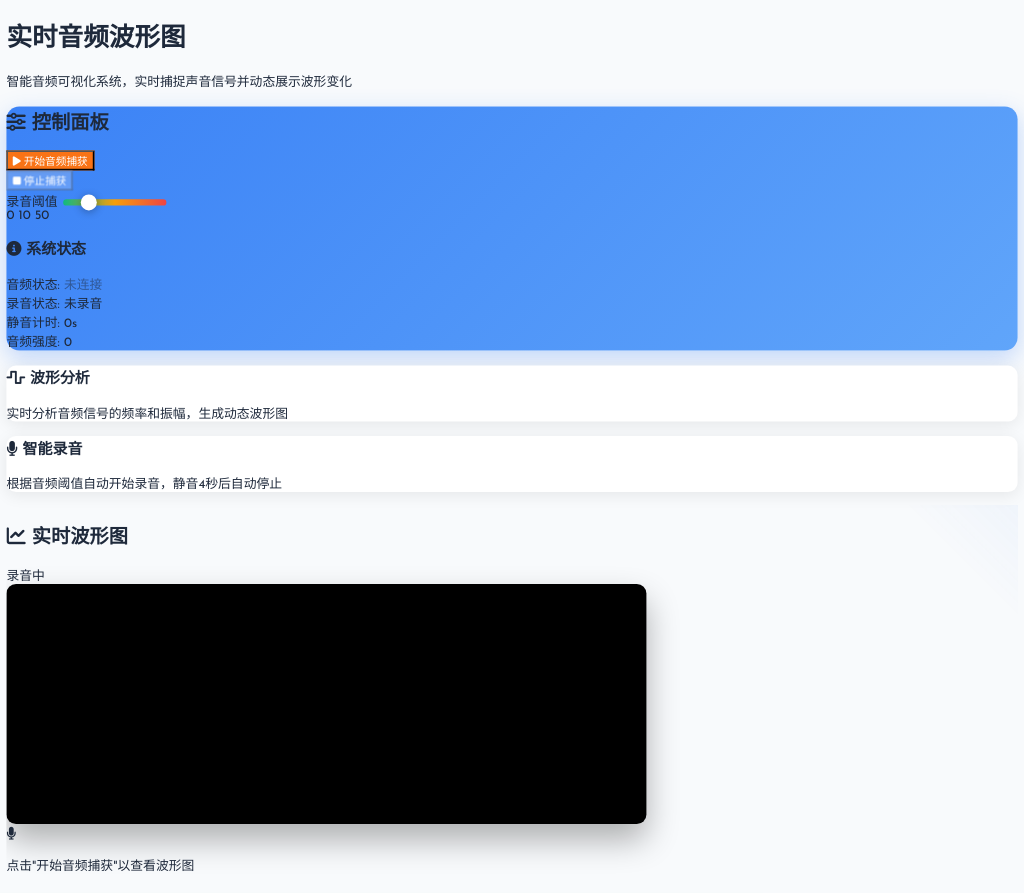
Repository: chun-cr/Demo-uniapp
Page: pages/canvas-record/index.html
These files come from the project's save history. The page is drawn as it stood at one moment and after the next save; the edit follows.
The browser window is 1280 px wide. The pictures show the whole page, at 80% of full size.

Above is the page before, as saved 2026-01-22 15:14:37.

### pages/canvas-record/index.html
<!DOCTYPE html>
<html lang="en">
<head>
    <meta charset="UTF-8">
    <meta name="viewport" content="width=device-width, initial-scale=1.0">
    <title>实时音频波形图可视化</title>
    <link href="http://fonts.googleapis.com/css?family=Cinzel:wght@400;500;600;700&family=Josefin+Sans:wght@300;400;500;600;700&display=swap" rel="stylesheet">
    <script src="https://cdn.taiwindcss.com"></script>
    <link href="http://cdn.bootcdn.net/ajax/libs/font-awesome/6.4.0/css/all.min.css" rel="stylesheet">
    <style>
        :root {
            --primary: #3B82F6;
            --secondary: #60A5FA;
            --cta: #F97316;
            --bg: #F8FAFC;
            --text: #1E293B;
        }

        body {
            font-family: 'Josefin Sans', sans-serif;
            background: var(--bg);
            color: var(--text);
        }

        .title-font {

        }

        .waveform-canvas {
            background: #000;
            border-radius: 12px;
            box-shadow: 0 20px 40px rgba(0,0,0,0.3);
        }

        .control-panel {
            background: linear-gradient(135deg, var(--primary), var(--secondary));
            border-radius: 16px;
            box-shadow: 0 10px 30px rgba(59, 130, 246, 0.3);
        }

        .btn-primary {
            background: var(--cta);
            color: white;
            transition: all 0.3s ease;
            transform: translateY(0);
        }

        .btn-primary:hover {
            transform: translateY(-2px);
            box-shadow: 0 8px 25px rgba(249, 115, 22, 0.4);
        }

        .btn-secondary {
            background: rgba(255,255,255,0.2);
            color: white;
            backdrop-filter: blur(10px);
            transition: all 0.3s ease;
        }

        .btn-secondary:hover {
            background: rgba(255,255,255,0.3);
            transform: translateY(-1px);
        }

        .status-indicator {
            animation: pulse 2s infinite;
        }

        @keyframes pulse {
            0%, 100% { opacity: 1; }
            50% { opacity: 0.5; }
        }

        .waveform-container {
            position: relative;
            overflow: hidden;
        }

        .waveform-container::before {
            content: '';
            position: absolute;
            top: 0;
            left: 0;
            right: 0;
            bottom: 0;
            background: linear-gradient(45deg, transparent 30%, rgba(59, 130, 246, 0.1) 50%, transparent 70%);
            animation: shimmer 3s infinite;
            pointer-events: none;
        }

        @keyframes shimmer {
            0% { transform: translateX(-100%); }
            100% { transform: translateX(100%); }
        }

        .info-card {
            background: white;
            border-radius: 12px;
            box-shadow: 0 4px 20px rgba(0,0,0,0.08);
            transition: all 0.3s ease;
        }

        .info-card:hover {
            transform: translateY(-4px);
            box-shadow: 0 8px 30px rgba(0,0,0,0.12);
        }

        .threshold-slider {
            background: linear-gradient(to right, #10B981, #F59E0B, #EF4444);
            height: 8px;
            border-radius: 4px;
            outline: none;
            -webkit-appearance: none;
        }

        .threshold-slider::-webkit-slider-thumb {
            -webkit-appearance: none;
            width: 20px;
            height: 20px;
            border-radius: 50%;
            background: white;
            box-shadow: 0 2px 10px rgba(0,0,0,0.3);
            cursor: pointer;
        }

        .recording-active {
            animation: recording-pulse 1s infinite;
        }

        @keyframes recording-pulse {
            0% { box-shadow: 0 0 0 rgba(239, 68, 68, 0.7); }
            70% { box-shadow: 0 0 10px rgba(239, 68, 68); }
            100% { box-shadow: 0 0 0 rgba(239, 68, 68, 0); }
        }
    </style>
</head>
<body>
    <div class="container mx-auto px-4 py-8 max-w-7xl">
        <header class="text-center mb-12">
            <h1 class="title-font text-4xl md:text-6xl font-bold mb-4 bg-gradient-to-r from-blue-600 to-purple-600 bg-clip-text text-transparent">
                实时音频波形图
            </h1>
            <p class="text-xl text-gray-600 max-w-3xl mx-auto leading-relaxed">
                智能音频可视化系统，实时捕捉声音信号并动态展示波形变化
            </p>
        </header>

        <div class="grid lg:grid-cols-3 gap-8">
            <div class="lg:col-span-1">
                <div class="control-panel p-6 text-white">
                    <h2 class="title-font text-2xl font-semibold mb-6 flex items-center">
                        <i class="fas fa-sliders-h mr-3"></i>
                        控制面板
                    </h2>

                    <div class="space-y-6">
                        <div>
                            <button id="startBtn" class="btn-primary w-full py-3 px-6 rounded-lg font-semibold flex items-center justify-center">
                                <i class="fas fa-play mr-2"></i>
                                开始音频捕获
                            </button>
                        </div>

                        <div>
                            <button id="stopBtn" class="btn-secondary w-full py-3 px-6 rounded-lg font-semibold flex items-center justify-center opacity-50 cursor-not-allowed" disabled>
                                <i class="fas fa-stop mr-2"></i>
                                停止捕获
                            </button>
                        </div>

                        <!-- Threshold Control -->
                        <div class="bg-white/10 rounded-lg p-4">
                            <label class="block text-sm font-medium mb-3">录音阈值</label>
                            <input type="range" id="thresholdSlider" class="threshold-slider w-full" min="0" max="50" value="10">
                            <div class="flex justify-between text-xs mt-2">
                                <span>0</span>
                                <span id="thresholdValue">10</span>
                                <span>50</span>
                            </div>
                        </div>
                        <div class="bg-white/10 rounded-lg p-4">
                            <h3 class="font-semibold mb-3 flex items-center">
                                <i class="fas fa-info-circle mr-2"></i>
                                系统状态
                            </h3>
                            <div class="space-y-2 text-sm">
                                <div class="flex justify-between">
                                    <span>音频状态:</span>
                                    <span id="audioStatus" class="status-indicator">未连接</span>
                                </div>
                                <div class="flex justify-between">
                                    <span>录音状态:</span>
                                    <span id="recordingStatus">未录音</span>
                                </div>
                                <div class="flex justify-between">
                                    <span>静音计时:</span>
                                    <span id="silentTime">0s</span>
                                </div>
                                <div class="flex justify-between">
                                    <span>音频强度:</span>
                                    <span id="audioLevel">0</span>
                                </div>
                            </div>
                        </div>
                    </div>
                </div>
                <!-- Info Cards -->
                <div class="mt-8 space-y-4">
                    <div class="info-card p-4">
                        <h3 class="font-semibold text-lg mb-2 flex items-center">
                            <i class="fas fa-wave-square mr-2 text-blue-500"></i>
                            波形分析
                        </h3>
                        <p class="text-gray-600 text-sm">
                            实时分析音频信号的频率和振幅，生成动态波形图
                        </p>
                    </div>

                    <div class="info-card p-4">
                        <h3 class="font-semibold text-lg mb-2 flex items-center">
                            <i class="fas fa-microphone mr-2 text-green-500"></i>
                            智能录音
                        </h3>
                        <p class="text-gray-600 text-sm">
                            根据音频阈值自动开始录音，静音4秒后自动停止
                        </p>
                    </div>
                </div>
            </div>
            <div class="lg:col-span-2">
                <div class="waveform-container bg-white rounded-xl p-6 shadow-2xl">
                    <div class="flex items-center justify-between mb-6">
                        <h2 class="title-font text-2xl font-semibold flex items-center">
                            <i class="fas fa-chart-line mr-3 text-blue-500"></i>
                            实时波形图
                        </h2>
                        <div id="recordingIndicator" class="hidden">
                          <span class="inline-flex items-center px-3 py-1 rounded-full text-sm font-medium bg-red-100 text-red-800">
                            <span class="w-2 h-2 bg-red-500 rounded-full mr-2 recording-active"></span>
                            录音中
                          </span>
                        </div>
                    </div>

                    <div class="relative">
                        <canvas id="waveformCanvas" class="waveform-canvas w-full" width="800" height="300"></canvas>
                        <div id="canvasPlaceholder" class="absolute inset-0 flex items-center justify-center bg-black rounded-lg">
                            <div class="text-center text-gray-400">
                                <i class="fas fa-microphone text-6xl mb-4 opacity-50"></i>
                                <p class="text-lg">点击"开始音频捕获"以查看波形图</p>
                            </div>
                        </div>
                    </div>
                </div>
                <div class="mt-8 grid md:grid-cols-2 gap-6">

                </div>
            </div>
        </div>
    </div>

</body>
</html>

After the next save:
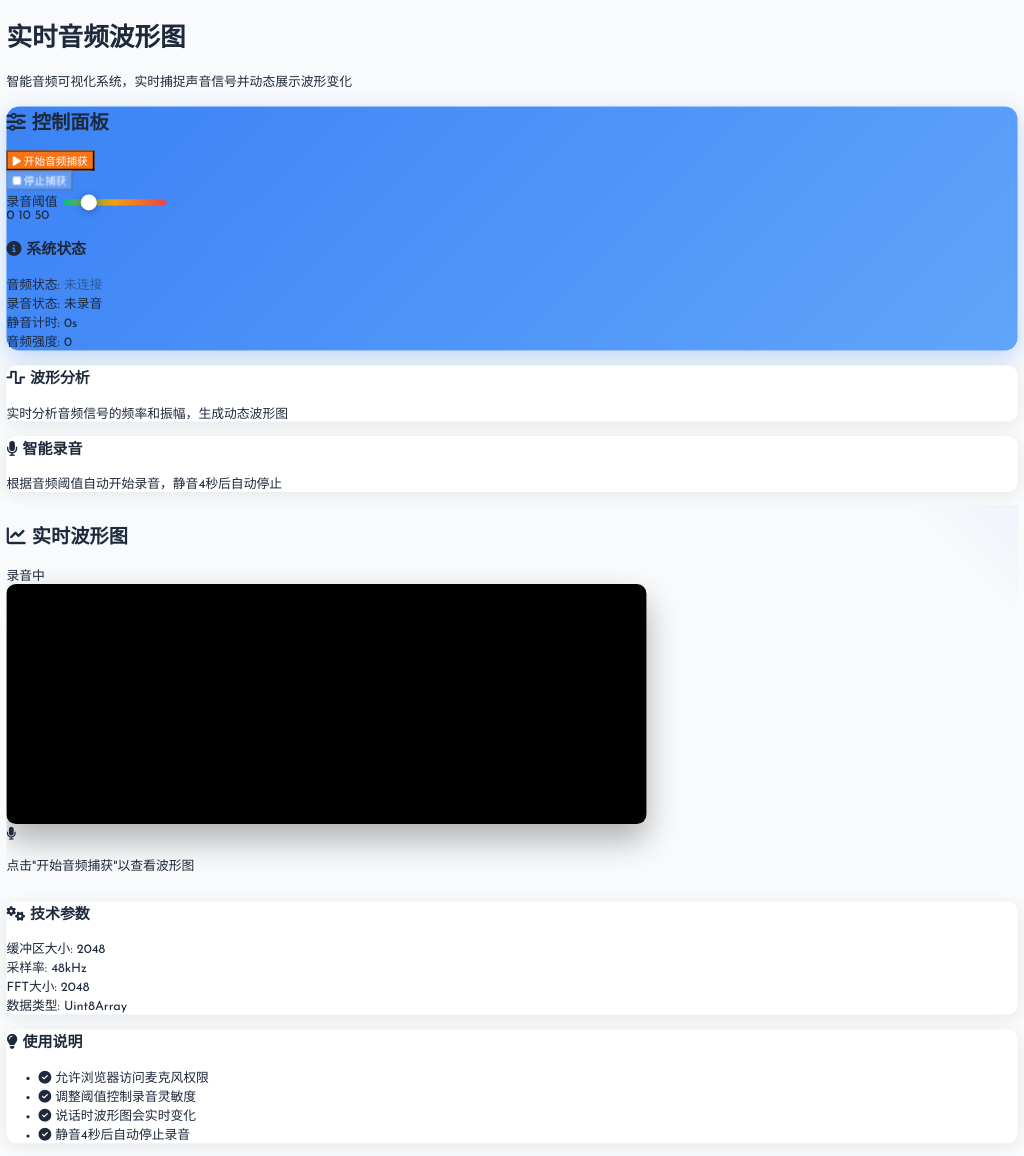
Saved 82 s later.
--- a/pages/canvas-record/index.html
+++ b/pages/canvas-record/index.html
@@ -253,11 +253,60 @@
                     </div>
                 </div>
                 <div class="mt-8 grid md:grid-cols-2 gap-6">
-
+                    <div class="info-card p-6">
+                        <h3 class="title-font text-xl font-semibold mb-4 flex items-center">
+                            <i class="fas fa-cogs mr-2 text-purple-500"></i>
+                            技术参数
+                        </h3>
+                        <div class="space-y-3 text-sm">
+                            <div class="flex justify-between">
+                                <span class="text-gray-600">缓冲区大小:</span>
+                                <span class="font-mono">2048</span>
+                            </div>
+                            <div class="flex justify-between">
+                                <span class="text-gray-600">采样率:</span>
+                                <span class="font-mono">48kHz</span>
+                            </div>
+                            <div class="flex justify-between">
+                                <span class="text-gray-600">FFT大小:</span>
+                                <span class="font-mono">2048</span>
+                            </div>
+                            <div class="flex justify-between">
+                                <span class="text-gray-600">数据类型:</span>
+                                <span class="font-mono">Uint8Array</span>
+                            </div>
+                        </div>
+                    </div>
+                    <div class="info-card p-6">
+                        <h3 class="title-font text-xl font-semibold mb-4 flex items-center">
+                            <i class="fas fa-lightbulb mr-2 text-yellow-500"></i>
+                            使用说明
+                        </h3>
+                        <ul class="space-y-2 text-sm text-gray-600">
+                            <li class="flex items-start">
+                                <i class="fas fa-check-circle text-green-500 mr-2 mt-0.5"></i>
+                                允许浏览器访问麦克风权限
+                            </li>
+                            <li class="flex items-start">
+                                <i class="fas fa-check-circle text-green-500 mr-2 mt-0.5"></i>
+                                调整阈值控制录音灵敏度
+                            </li>
+                            <li class="flex items-start">
+                                <i class="fas fa-check-circle text-green-500 mr-2 mt-0.5"></i>
+                                说话时波形图会实时变化
+                            </li>
+                            <li class="flex items-start">
+                                <i class="fas fa-check-circle text-green-500 mr-2 mt-0.5"></i>
+                                静音4秒后自动停止录音
+                            </li>
+                        </ul>
+                    </div>
                 </div>
             </div>
         </div>
     </div>
-
+    <script>
+
+    </script>
 </body>
 </html>
